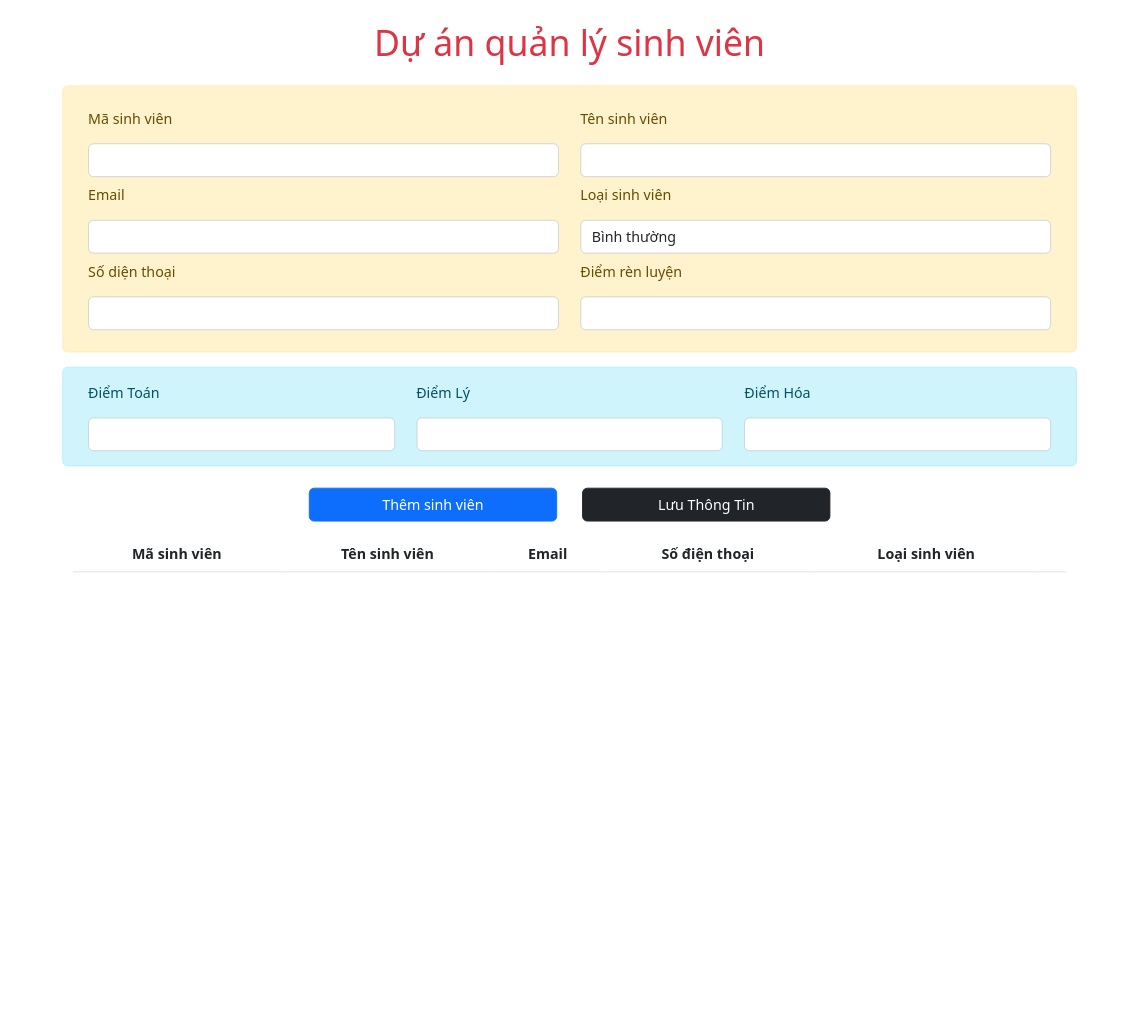
Repository: hcozyph/Cybersoft_JS_OOP
Page: index.html
These files come from the project's save history. The page is drawn as it stood at one moment and after the next save; the edit follows.
The browser window is 1280 px wide. The pictures show the whole page, at 89% of full size.

Above is the page before, as saved 2023-03-01 20:44:49.
Console error: TypeError: Cannot set properties of null (setting 'oninput')

After the next save:
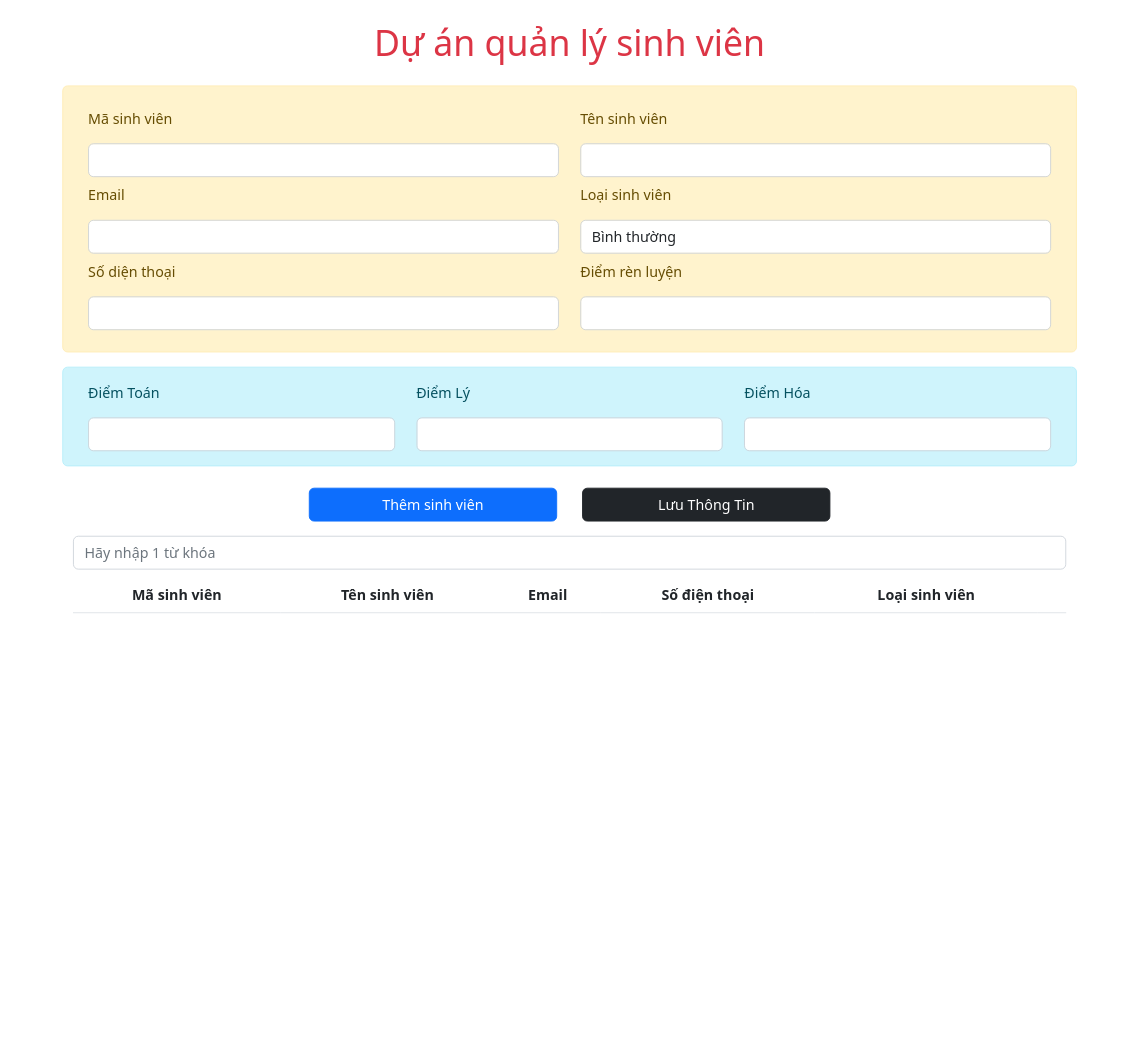
Saved 118 s later.
--- a/index.html
+++ b/index.html
@@ -89,6 +89,10 @@
                     <button class="btn btn-dark w-25 ms-4" id="btnLuuThongTin">Lưu Thông Tin</button>
                 </div>
 
+                <div>
+                    <input type="text" class="form-control" placeholder="Hãy nhập 1 từ khóa">
+                </div>
+
                 <table class="table mt-2">
                     <thead>
                         <tr style="    vertical-align: baseline; text-align: center;">
